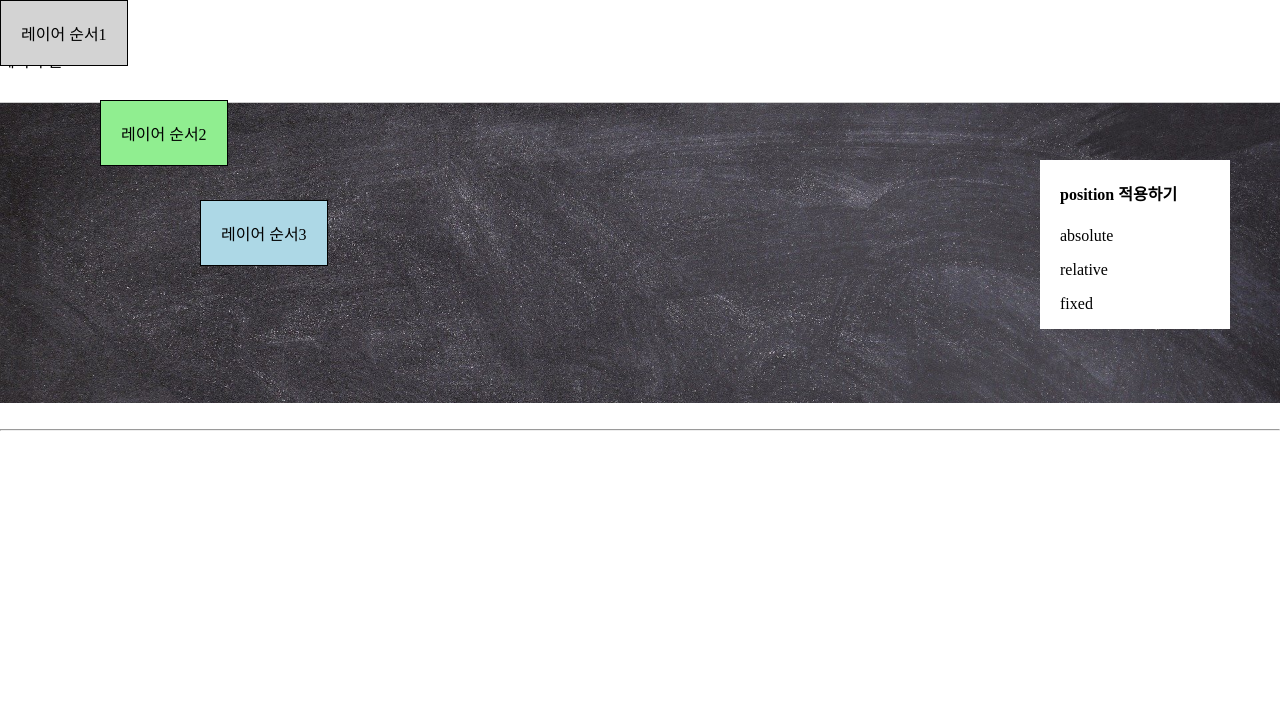
Repository: itkezi/HTML_2022_505
Page: Web/WebContent/style/position.html
An editor plug-in stored every save of this project. The page is shown before and after the next save, followed by the edit.
The browser window is 1280 px wide. The pictures show the whole page.

Above is the page before, as saved 2022-03-28 07:23:12.

### Web/WebContent/style/position.html
<!DOCTYPE html>
<html>
<head>
<meta charset="UTF-8">
<title>위치</title>

<style>
body {margin: 0 auto;}
#header {
	border-bottom: 1px solid #ccc;
	padding: 30px 0;}
#top {
	height:300px;
	background: url(../images/graybackground.jpg);
	background-size:cover;}
#title {
	background-color:#fff;
	width:150px;
	padding:0 20px;
	right: 50px;
	top: 160px;
	position:absolute;}
.layer div {
	border: 1px solid;
	position: absolute;
	padding : 20px;	}
.layer1 {
	background-color:lightgray;
	left:0 ;
	top:0 ;
	}
.layer2 {
	background-color:lightgreen;
	left:100px ;
	top:100px ;
	}
.layer3 {
	background-color:lightblue ;
	left:200px ;
	top:200px ;}

</style>
</head>

<body>
<a href="http://localhost:8080/Web/HTML/ALL.html" target='_blank'> ALL</a>
<br>

<!-- <h2>Position</h2>
<p>
요소의 배치 : static, relative, absolute, fixed<br>
static, relative : 요소의 순서대로 배치된다. (relative는 상하좌우 좌표를 지정할 수 있다.)
absolute : 절대 좌표 위치를 부모요소 기준으로 갖는다.
relative : 상대 좌표 위치를 부모요소 기준으로 갖는다.
fixed : 절대 좌표 위치를 브라우저 기준으로 갖는다.
		(브라우저 세로 스크롤 시 위치를 고정시키고자 할 때 주로 사용)
</p> -->

<div id='header'>헤더 부분</div>
<div id='top'></div>
<div id='title'>
	<h4>position 적용하기</h4>
	<p>absolute</p>
	<p>relative</p>
	<p>fixed</p>
</div>
<br><hr><br>
<div class ='layer'>
	<div class ='layer1'>레이어 순서1</div>
	<div class ='layer2'>레이어 순서2</div>
	<div class ='layer3'>레이어 순서3</div>
</div>



















</body>
</html>

After the next save:
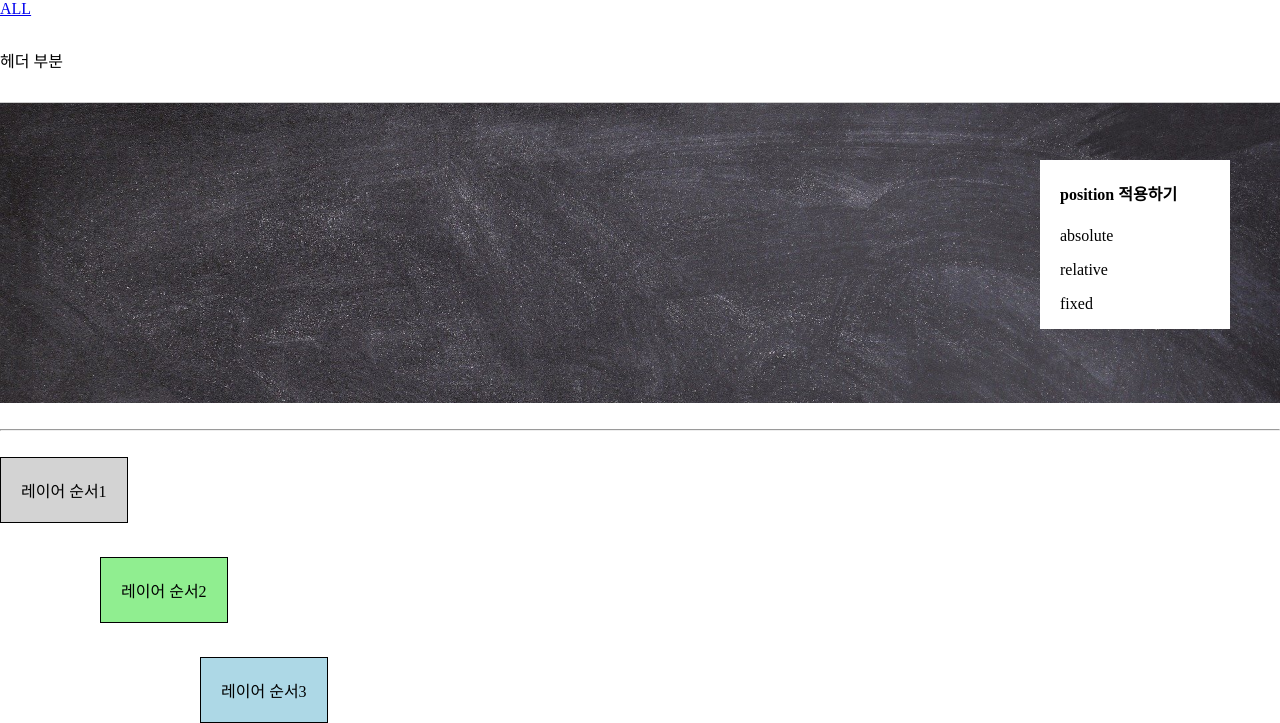
Saved 39 s later.
--- a/Web/WebContent/style/position.html
+++ b/Web/WebContent/style/position.html
@@ -20,6 +20,8 @@ body {margin: 0 auto;}
 	right: 50px;
 	top: 160px;
 	position:absolute;}
+.layer {
+	position: relative;}
 .layer div {
 	border: 1px solid;
 	position: absolute;
